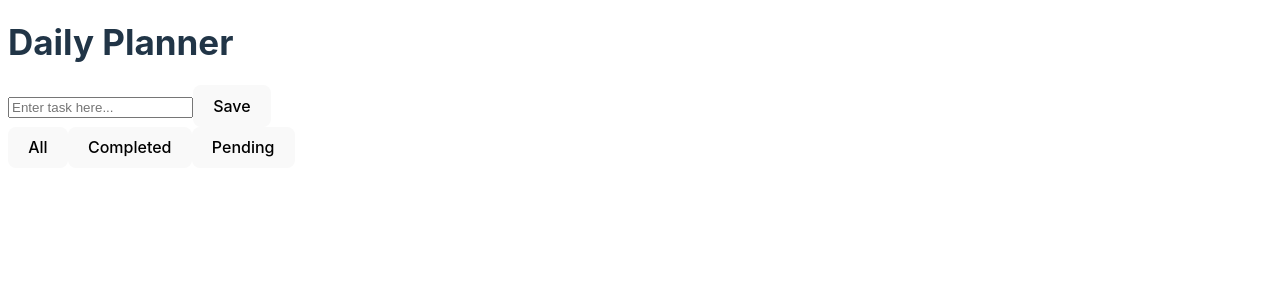
Repository: leslie179/lab4
Page: / (app in lab4/)
These files come from the project's save history. The page is drawn as it stood at one moment and after a run of saves; the edit follows.
The browser window is 1280 px wide. The pictures show the whole page.
The project was rebuilt for these pictures with package versions that can differ from the ones it lists, and the page was loaded fresh each time. Also part of the build but not shown: lab4/vite.config.js, lab4/src/components/Task.jsx.

Above is the page before, as saved 2024-10-27 18:05:32.

### lab4/src/App.jsx
import { useState } from 'react'
import './App.css'

import Task from './components/Task'
import TaskForm from './components/TaskForm'

function App() {
  const [tasks, setTasks] = useState([])
  const [filter, setFilter] = useState("All")
  return (
    <div>
      <h1>Daily Planner</h1>
      <TaskForm setTasks={setTasks}/>
      <button onClick={() => setFilter("All")}>All</button>
      <button onClick={() => setFilter("Completed")}>Completed</button>
      <button onClick={() => setFilter("Pending")}>Pending</button>
      <ul>
        {tasks && tasks.filter((task) => {
          if (filter === "All") {
            return true
          } else if (filter === "Completed") {
            return task.completed
          } else if (filter === "Pending") {
            return !task.completed
          }

          return true // not really necessary
        }).map((task, i) => {
          return <Task task={task} setTasks={setTasks} index={i} />
        })}
      </ul>

    </div>
  )
}

export default App

### lab4/src/App.css
#root {
  max-width: 1280px;
  text-align: left;
}

h1{
  font-size: 35px;
}



.read-the-docs {
  color: #888;
}

### lab4/src/components/TaskForm.jsx
import { useState } from "react"

function TaskForm({ setTasks }) {
    const [currentTask, setCurrentTask] = useState()
    const save = () => {
        setTasks((currentTasks) => { // trick to get current state
            // im just naming it tmp for temporary
            const tmpTasks = [...currentTasks] // deep copy (tmpTasks is just a copy of currentTasks cause you cant just copy an array)
            tmpTasks.push({ task: currentTask, completed: false })
            return tmpTasks
        })
        setCurrentTask("")
    }
    // the onChange is a function that runs everytime the input text changes
    // everytime the input text changes update the state with the value of the text input
    return <div>
        <input type="text" onChange={(e) => setCurrentTask(e.target.value)} placeholder="Enter task here..."/>
        <button onClick={() => save()}>Save</button>
    </div>
}

export default TaskForm

Loaded but not shown: lab4/index.html (common file); lab4/src/main.jsx (common file); lab4/src/index.css (common file)

After the next 2 saves:
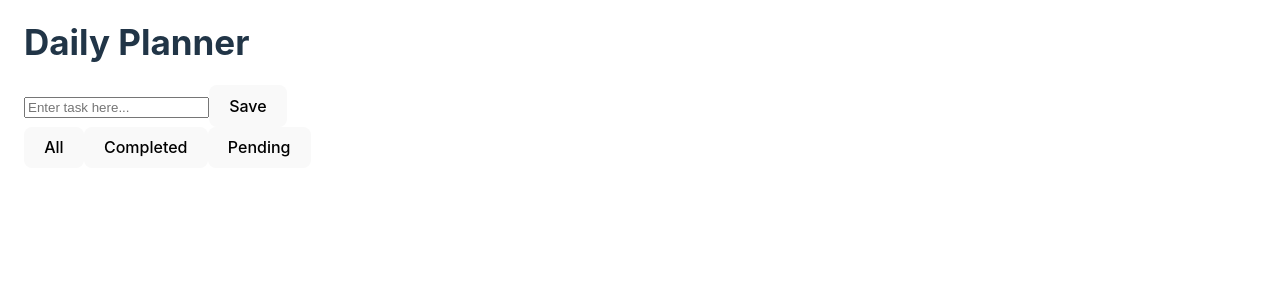
The 2 saves are shown as one change because they came seconds apart.
The last was saved 12 s later.
--- a/lab4/src/App.css
+++ b/lab4/src/App.css
@@ -1,6 +1,7 @@
 #root {
   max-width: 1280px;
   text-align: left;
+  padding-left: 1rem;
 }
 
 h1{
